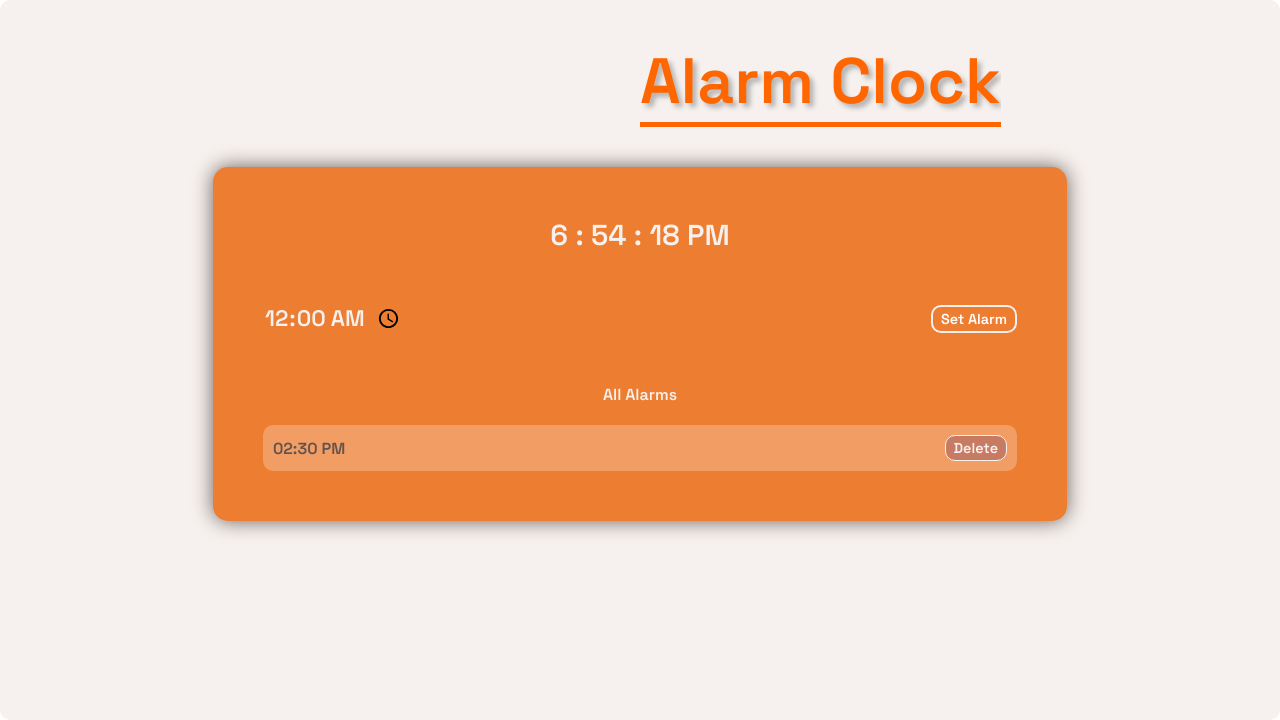
Repository: Pragya016/Alarm-Clock
Page: Index.html
An editor plug-in stored every save of this project. The page is shown before and after the next save, followed by the edit.
The browser window is 1280 px wide. The pictures show the whole page.

Above is the page before, as saved 2024-01-19 22:32:47.

### Index.html
<!DOCTYPE html>
<html lang="en">

<head>
    <meta charset="UTF-8">
    <meta name="viewport" content="width=device-width, initial-scale=1.0">
    <!-- css stylesheet -->
    <link rel="stylesheet" href="styles.css">

    <title>Alarm Clock</title>
</head>

<body>
    <div id="box">
        <h1>Alarm Clock</h1>
        <div class="container">

            <!-- showing the current time -->
            <div id="current-time">
                <h2 class="cur-time"></h2>
            </div>

            <!-- to set the alarm -->
            <div id="set-alarm">
                <h3>
                    <input type="time" class="set-time" value="00:00">
                </h3>
                <button type="button" id="set-alarm-btn">
                    Set Alarm
                </button>
            </div>

            <!-- list of alarms that are already been set -->
            <div id="all-alarms">
                <p class="heading"><b>All Alarms</b>
                </p>
                <div class="alarm">
                    <p class="preSetAlarmTime">
                        02:30 PM
                    </p>
                    <button type="button" class="dlt-alarm-btn">
                        Delete
                    </button>
                </div>
            </div>
        </div>
    </div>
    <!-- script -->
    <script src="clock.js"></script>
</body>

</html>

### styles.css
@import url('https://fonts.googleapis.com/css2?family=IBM+Plex+Mono:wght@700&family=Space+Grotesk:wght@600&display=swap');

/* default css styles */
:root {
    --creamColor : #F6F1EE;
    --orangeShadeDark : #ff6600;
    --OrangeColor : #ED7D31;
    --brownColor : #6C5F5B;
    --brownShadeDarker : #5f534f;
    --orangeShadeDarker : #ba4c28;
}

body, html{
    margin: 0;
    padding: 0;
}

*{
    box-sizing: border-box;
    margin: 0;
        font-family: 'IBM Plex Mono', monospace;
font-family: 'Space Grotesk', sans-serif;
}

/* main container */
#box{
    height: 100vh;
    padding: 30px;
    width: 100%;
    margin: auto;
    border-radius: 10px;
    background-color: var(--creamColor);
}

#box h1{
    color: var(--orangeShadeDark);
    text-align: center;
    margin-top: 10px;
    position: relative;
    left: 50%;
    width: fit-content;
    font: 900;
    border-bottom: 5px solid var(--orangeShadeDark);
    font-size: 4rem;
    overflow: hidden;
    text-shadow: 4px 4px 5px rgb(179, 178, 178);
}

/* ----------------------------- */

#current-time{
    font-size: 1.2rem;
}

/* ----------------------------- */

.container {
    color: var(--creamColor);
    height: auto;
    width: 70%;
    overflow: scroll;
    margin: 40px auto 0;
    padding: 50px;
    font-family: Arial, Helvetica, sans-serif;
    display: flex;
    flex-direction: column;
    /* letter-spacing: 3px; */
    align-items: center;
    border-radius: 15px;
    background-color: var(--OrangeColor);
    box-shadow: 0px 0px 20px var(--brownColor);
}

/* ----------------------------- */
/* set alarm container */

#set-alarm {
    display: flex;
    justify-content: space-between;
    width: 100%;
    margin: 50px auto 30px auto;
}

.set-time {
    border: none;
    background-color: #00000000;
    color: var(--creamColor);
}

.set-time{
    border: none;
    font-size: larger;
    font-weight: 600;
}

/* ----------------------------- */
/* all alarms container */

#all-alarms {
    margin-top: 20px;
    display: flex;
    justify-content: space-between;
    width: 100%;
    height: auto;
    flex-direction: column;
    align-items: center;
}

#all-alarms .heading {
    color: var(--creamColor);
}

.alarm{
    display: flex;
    justify-content: space-between;
    width: 100%;
    padding: 10px;
    background-color: rgba(255, 255, 255, 0.247);
    margin-top: 20px;align-items: center;
    border-radius: 10px;
}

.alarm .preSetAlarmTime {
    font-size: 1rem;
    color: var(--brownShadeDarker);
}

.dlt-alarm-btn{
    border: 1px solid var(--creamColor);;
    background-color: hsl(15, 47%, 58%);
    color: var(--creamColor);
}

.dlt-alarm-btn:hover {
    border-color:var(--orangeShadeDarker);
    background-color: #F6F1EE;
    color: var(--orangeShadeDarker);
}

/* ----------------------------- */

button {
    width: auto;
    margin: auto 0;
    border-radius: 10px;
    font: 600;
    font-size: 0.9rem;
    border: none;
     padding: 3px 8px;
    border: 2px solid #F6F1EE;;
    background-color: #ED7D31;
    cursor: pointer;
    color: white;
}

button:hover{
   color: #ce5300;
    background-color: var(--creamColor);
}

### clock.js

// selecting all the elements of html
const currentTime = document.querySelector('.cur-time');
const setNewAlarm = document.querySelector('.set-time');
const setNewAlarmBtn = document.querySelector('#set-alarm-btn');
const preSetAlarmTime = document.querySelector('.preSetAlarmTime');
const deleteBtn = document.querySelector('.dlt-alarm-btn');
const allAlarmsContainer = document.querySelector('#all-alarms');



// --------------------------------------------
// display the current time

function updateTime() {
    let currentDate = new Date();
    let hours = currentDate.getHours();
    let minutes = currentDate.getMinutes();
    let seconds = currentDate.getSeconds();

    // selecting am or pm
    var ampm = (hours >= 12) ? "PM" : "AM";

    // getting hours minutes and seconds
    hours = (hours < 10) ? "0" + hours : hours - 12;
    minutes = (minutes < 10) ? "0" + minutes : minutes;
    seconds = (seconds < 10) ? "0" + seconds : seconds;

    // setting the tet content to current time
    let currentTimeString = `${hours} : ${minutes} : ${seconds} ${ampm}`;
    currentTime.textContent = currentTimeString;
}

setInterval(updateTime, 1000);
updateTime();


// --------------------------------------------
// setting new alarm

setNewAlarmBtn.addEventListener('click', () => {
    // getting the input value
    const timeInput = setNewAlarm.value;
    let [hourVal, minVal] = timeInput.split(':');

        // console.log(minVal, hourVal)
        if (hourVal === '00') {
            hourVal = 12;
        }

        // html for newly created alarm
    const newAlarm = `
            <div class="alarm">
                <p class="preSetAlarmTime">
                    ${hourVal}:${minVal} ${hourVal >= 12 ? 'PM' : 'AM'}
                </p>
                <button type="button" class="dlt-alarm-btn">
                    Delete
                </button>
            </div>
        `;

        // inserting the html to the container
        setTimeout(() => {
            allAlarmsContainer.insertAdjacentHTML('beforeend', newAlarm);
            setNewAlarm.value = '00:00';
            startCountDown(hourVal, minVal);
        }, 300);

});

// --------------------------------------------
function startCountDown(hours, minutes) {
    // calculating seconds
    const totalMin = (hours * 60) + minutes;
    let totalSeconds = totalMin * 60;

    setTimeout(() => {
        alert('alarm ended!!')
    }, totalSeconds)
}


// --------------------------------------------
// deleting the alarm
allAlarmsContainer.addEventListener('click', (e) => {
    // checking if delete alarm btn is present or not
    if (e.target.classList.contains('dlt-alarm-btn')) {

        // finding the closest element
        const alarmElement = e.target.closest('.alarm');

        // deleting the alarm
        if (alarmElement) {
            setTimeout(() => {
                alarmElement.remove();
            }, 300);
        }
    }
});

After the next save:
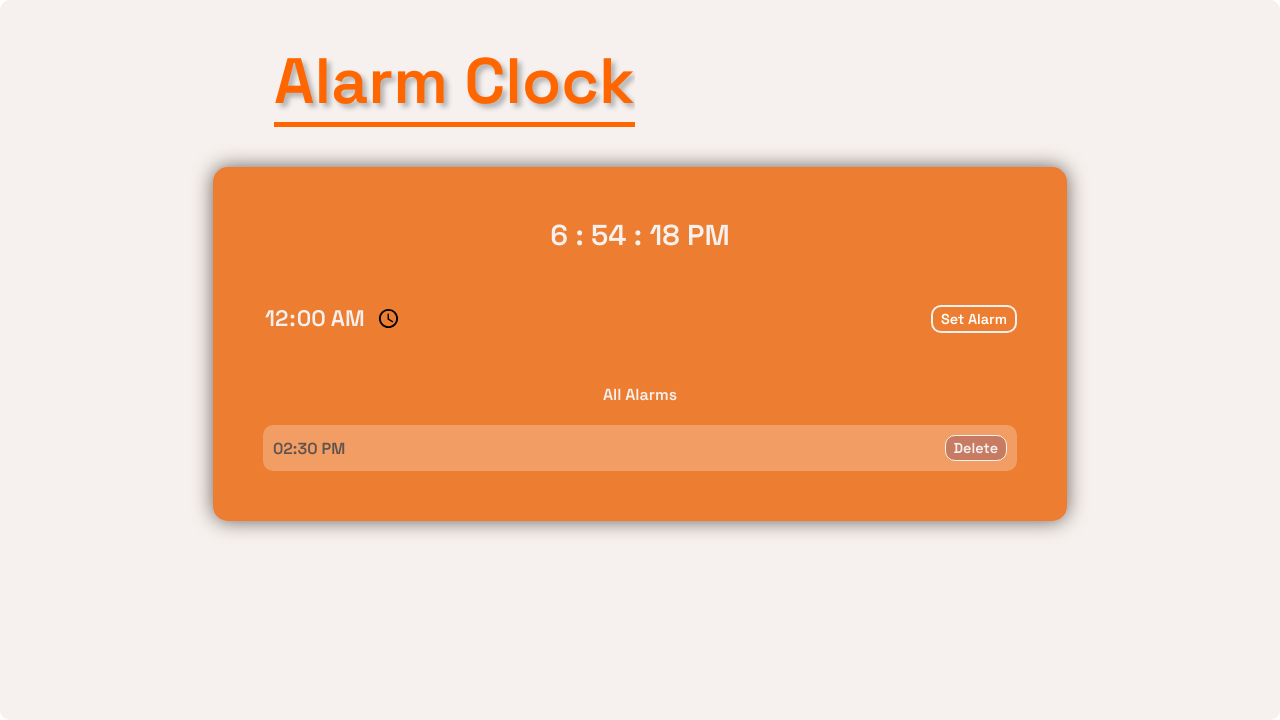
Saved 4 s later.
--- a/styles.css
+++ b/styles.css
@@ -37,7 +37,7 @@ font-family: 'Space Grotesk', sans-serif;
     text-align: center;
     margin-top: 10px;
     position: relative;
-    left: 50%;
+    left: 20%;
     width: fit-content;
     font: 900;
     border-bottom: 5px solid var(--orangeShadeDark);
